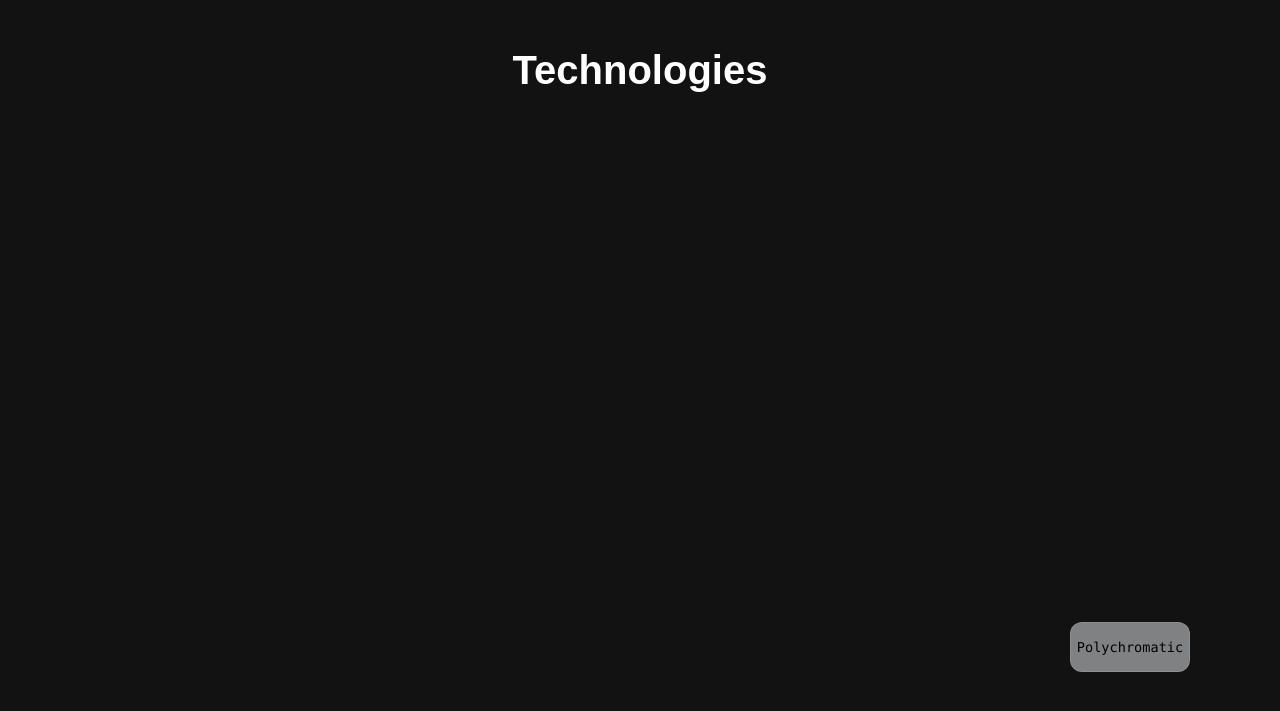
Repository: Baaam0/DCD_week7
Page: /
An editor plug-in stored every save of this project. The page is shown before and after the next save, followed by the edit.
The browser window is 1280 px wide. The pictures show the whole page.
The page's requests for data from a server got no answer. Some web fonts or font styles are not loaded; a fallback is used. The project was rebuilt for these pictures with package versions that can differ from the ones it lists, and the page was loaded fresh each time. The framework's server and built-in components were replaced by stand-ins that run in the browser. No one was signed in, and anything a server would have sent is missing. Also part of the build but not shown: next.config.js.

Above is the page before, as saved 2023-02-18 02:16:13.

### pages/index.js
import Head from 'next/head'
import Image from 'next/image'
import styles from '@/styles/Home.module.css'
import { useEffect, useState } from 'react'
import axios from 'axios'
import Link from 'next/link'


export default function Home() {
  const [data, setData] = useState();

  const apiKey = "BKu0nr7SnBGOqKTSgWfcyr59UwXtwa7g3dY4YQrC";
  const url = `https://api.nasa.gov/techtransfer/patent/?q=10&engine&api_key=${apiKey}`

  const getTechTransferData = async () => {
    const res = await axios.get(url);
    const info = await res.data;
    console.log(info);
    setData(info)
  }

  useEffect(()=> {
    getTechTransferData();
  }, [])

  return (
    <>
      <Head>
        <title>Create Next App</title>
        <meta name="description" content="Generated by create next app" />
        <meta name="viewport" content="width=device-width, initial-scale=1" />
        <link rel="icon" href="/favicon.ico" />
      </Head>
      <main className={styles.main}>
      <h1>Technologies</h1>
        <div className={styles.description}>
          <p>
          <Link href="/polychromatic">Polychromatic</Link>
          </p>
        </div>
        {
          data && data.results.map((tech, index) => {
            return (
              <div key={index}>
                {
                  tech && tech.map((t,ind) => {
                    if(ind === 10) {
                      return (
                        <div className={styles.box1}>
                          <Image src={t} alt={t} key={ind} width={120} height={120} className={styles.img}/>
                          <div className={styles.box}>
                            <div className={styles.txt}>
                              <h3>{tech[2]}</h3>
                              <p>{tech[3]}</p>
                            </div>
                          </div>
                        </div>
                      )
                    }
                  })
                }
              </div>
            )
          })
        }
      </main>
    </>
  )
}

### styles/Home.module.css
@import url('https://fonts.googleapis.com/css2?family=DotGothic16&display=swap');
@import url('https://fonts.googleapis.com/css2?family=Barlow:wght@300&display=swap');

.main {
  display: flex;
  flex-direction: column;
  justify-content: space-between;
  align-items: center;
  padding: 3rem;
  min-height: 100vh;
  background-color: rgb(19, 18, 18)
}

.main h1 {
  font-size: 2.5rem;
  font-weight: 600;
  margin-bottom: 0.5rem;
  color: rgb(255, 255, 255);
  font-family: 'DotGothic16', sans-serif;
}

.description {
  display: flex;
  justify-content: flex-end;
  font-size: 0.85rem;
  max-width: var(--max-width);
  width: 100%;
  z-index: 2;
  font-family: var(--font-mono);
}

.description a {
  display: flex;
  justify-content: center;
  align-items: center;
  gap: 0.5rem;
}

.description p {
  position: relative;
  padding: 1rem;
  background-color: rgba(var(--callout-rgb), 0.5);
  border: 1px solid rgba(var(--callout-border-rgb), 0.3);
  border-radius: var(--border-radius);
  width: 120px;
}

.code {
  font-weight: 700;
  font-family: var(--font-mono);
}

.grid {
  display: grid;
  grid-template-columns: repeat(4, minmax(25%, auto));
  width: var(--max-width);
  max-width: 100%;
}

.card {
  padding: 1rem 1.2rem;
  border-radius: var(--border-radius);
  background: rgba(var(--card-rgb), 0);
  border: 1px solid rgba(var(--card-border-rgb), 0);
  transition: background 200ms, border 200ms;
}

.card span {
  display: inline-block;
  transition: transform 200ms;
}

.card h2 {
  font-weight: 600;
  margin-bottom: 0.7rem;
}

.card p {
  margin: 0;
  opacity: 0.6;
  font-size: 0.9rem;
  line-height: 1.5;
  max-width: 30ch;
}

.center {
  display: flex;
  justify-content: center;
  align-items: center;
  position: relative;
  padding: 4rem 0;
}

.center::before {
  background: var(--secondary-glow);
  border-radius: 50%;
  width: 480px;
  height: 360px;
  margin-left: -400px;
}

.center::after {
  background: var(--primary-glow);
  width: 240px;
  height: 180px;
  z-index: -1;
}

.center::before,
.center::after {
  content: '';
  left: 50%;
  position: absolute;
  filter: blur(45px);
  transform: translateZ(0);
}

.logo,
.thirteen {
  position: relative;
}

.thirteen {
  display: flex;
  justify-content: center;
  align-items: center;
  width: 75px;
  height: 75px;
  padding: 25px 10px;
  margin-left: 16px;
  transform: translateZ(0);
  border-radius: var(--border-radius);
  overflow: hidden;
  box-shadow: 0px 2px 8px -1px #0000001a;
}

.thirteen::before,
.thirteen::after {
  content: '';
  position: absolute;
  z-index: -1;
}

/* Conic Gradient Animation */
.thirteen::before {
  animation: 6s rotate linear infinite;
  width: 200%;
  height: 200%;
  background: var(--tile-border);
}

/* Inner Square */
.thirteen::after {
  inset: 0;
  padding: 1px;
  border-radius: var(--border-radius);
  background: linear-gradient(
    to bottom right,
    rgba(var(--tile-start-rgb), 1),
    rgba(var(--tile-end-rgb), 1)
  );
  background-clip: content-box;
}

/* Enable hover only on non-touch devices */
@media (hover: hover) and (pointer: fine) {
  .card:hover {
    background: rgba(var(--card-rgb), 0.1);
    border: 1px solid rgba(var(--card-border-rgb), 0.15);
  }

  .card:hover span {
    transform: translateX(4px);
  }
}

@media (prefers-reduced-motion) {
  .thirteen::before {
    animation: none;
  }

  .card:hover span {
    transform: none;
  }
}

/* Mobile */
@media (max-width: 700px) {
  .content {
    padding: 4rem;
  }

  .grid {
    grid-template-columns: 1fr;
    margin-bottom: 120px;
    max-width: 320px;
    text-align: center;
  }

  .card {
    padding: 1rem 2.5rem;
  }

  .card h2 {
    margin-bottom: 0.5rem;
  }

  .center {
    padding: 8rem 0 6rem;
  }

  .center::before {
    transform: none;
    height: 300px;
  }

  .description {
    font-size: 0.8rem;
  }

  .description a {
    padding: 1rem;
  }

  .description p,
  .description div {
    display: flex;
    justify-content: center;
    position: fixed;
    width: 100%;
  }

  .description p {
    align-items: center;
    inset: 0 0 auto;
    padding: 2rem 1rem 1.4rem;
    border-radius: 0;
    border: none;
    border-bottom: 1px solid rgba(var(--callout-border-rgb), 0.25);
    background: linear-gradient(
      to bottom,
      rgba(var(--background-start-rgb), 1),
      rgba(var(--callout-rgb), 0.5)
    );
    background-clip: padding-box;
    backdrop-filter: blur(24px);
  }

  .description div {
    align-items: flex-end;
    pointer-events: none;
    inset: auto 0 0;
    padding: 2rem;
    height: 200px;
    background: linear-gradient(
      to bottom,
      transparent 0%,
      rgb(var(--background-end-rgb)) 40%
    );
    z-index: 1;
  }
}

/* Tablet and Smaller Desktop */
@media (min-width: 701px) and (max-width: 1120px) {
  .grid {
    grid-template-columns: repeat(2, 50%);
  }
}

@media (prefers-color-scheme: dark) {
  .vercelLogo {
    filter: invert(1);
  }

  .logo,
  .thirteen img {
    filter: invert(1) drop-shadow(0 0 0.3rem #ffffff70);
  }
}

@keyframes rotate {
  from {
    transform: rotate(360deg);
  }
  to {
    transform: rotate(0deg);
  }
}

.box1 {
  display: flex;
  flex-direction: row;
  margin: 1.5rem;
  width: 100%;
  justify-content: space-between;
}

.box {
  display: flex;
  justify-content: center;
  align-items: center;
  height: 100%;
  max-width: 700px;
  padding: 1rem;
  border-radius: var(--border-radius);
  background: rgba(var(--card-rgb), 50);
  transition: background-color 200ms, border 200ms;
}

.img {
  border-radius: 50%;
  background: rgba(var(--card-rgb), 50);
  margin-right: 2rem;
  margin-top: 0.2rem;
  transition: box-shadow 0.6s linear, border 200ms ease-out;
  box-shadow: 0px 0px 10px 3px #ffffff;
}

.img:hover {
  box-shadow: 0px 0px 10px 7px #ffffff;
}

.txt {
  margin: 1rem;
  font-family: 'Barlow', sans-serif;

}

.txt h3 {
  font-weight: 600;
  margin-bottom: 0.5rem;
}

Loaded but not shown: pages/_app.js (common file); pages/_document.js (common file); styles/globals.css (common file)

After the next save:
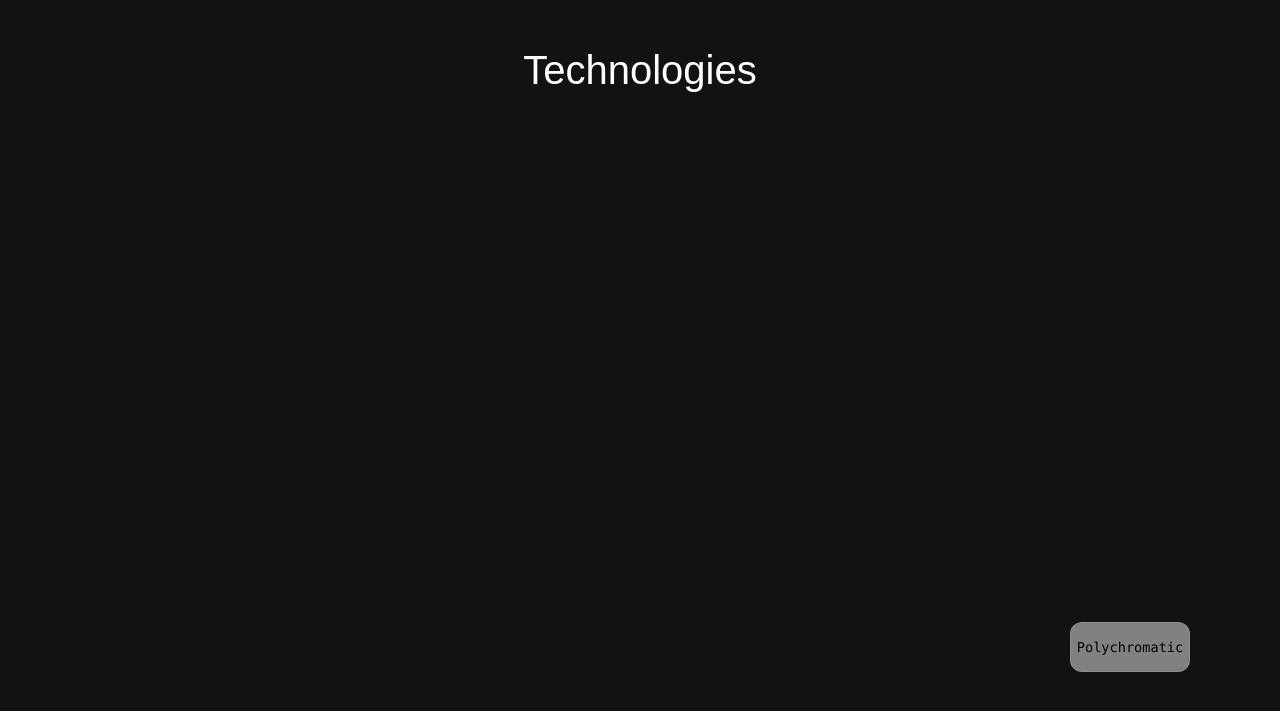
Saved 9 s later.
--- a/styles/Home.module.css
+++ b/styles/Home.module.css
@@ -13,7 +13,7 @@
 
 .main h1 {
   font-size: 2.5rem;
-  font-weight: 600;
+  font-weight: 500;
   margin-bottom: 0.5rem;
   color: rgb(255, 255, 255);
   font-family: 'DotGothic16', sans-serif;
